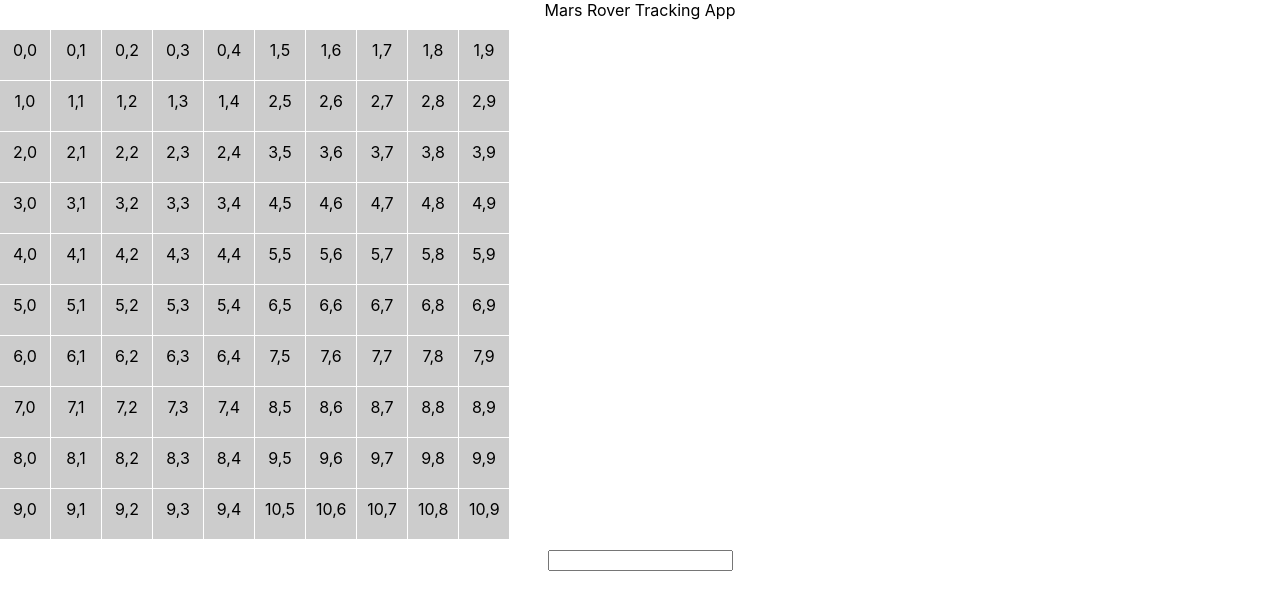
Repository: madhurisandbhor/Rover-Tracking-App
Page: /
An editor plug-in stored every save of this project. The page is shown before and after a run of saves, followed by the edit.
The browser window is 1280 px wide. The pictures show the whole page.
The project was rebuilt for these pictures with package versions that can differ from the ones it lists, and the page was loaded fresh each time.

Above is the page before, as saved 2021-09-06 18:26:41.

After the next 3 saves:
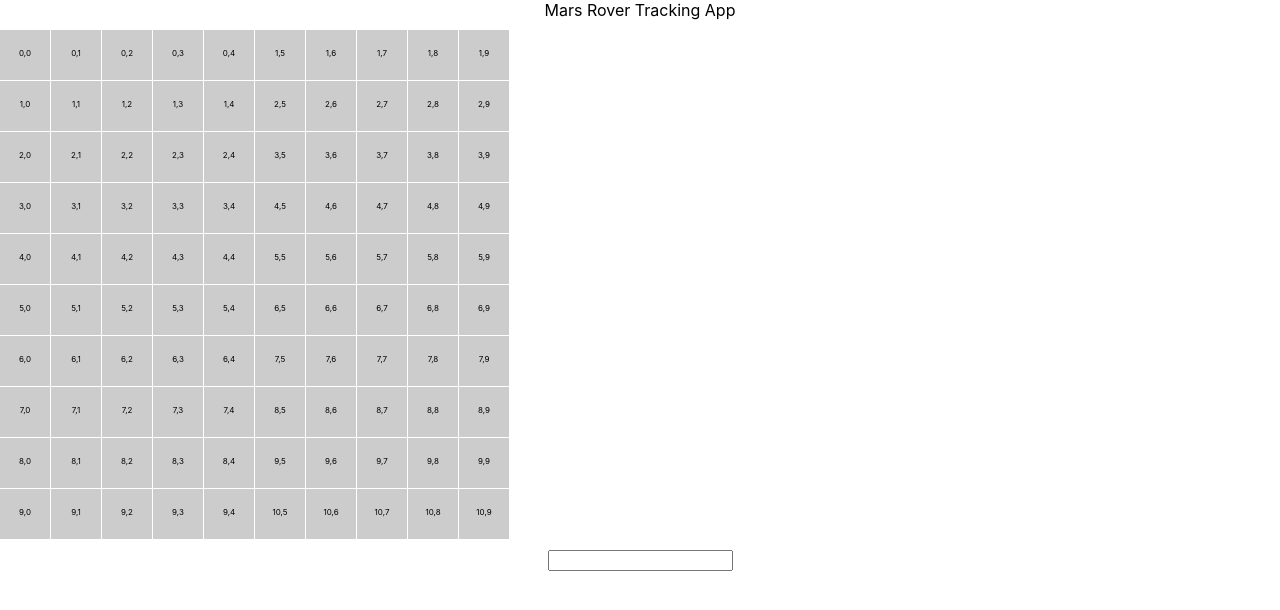
The 3 saves are shown as one change because 2 did not build or start.
The last was saved 46 s later.
--- a/src/Grid.jsx
+++ b/src/Grid.jsx
@@ -16,6 +16,10 @@ const itemStyle = {
   backgroundColor: '#ccc',
 }
 
+const itemSpan={
+  fontSize: '8px',
+}
+
 const Grid = () => {
   const gridLength = (maxX + 1) * (maxY + 1)
   const arr = Array(gridLength).fill()
@@ -30,7 +34,7 @@ const Grid = () => {
       <div style={wrapper}>
         {arr.map((item, index) => (
           <div key={index} style={itemStyle}>
-            <span>
+            <span style={itemSpan}>
               {Math.round(index / 10)},{index % 10}
             </span>
           </div>
